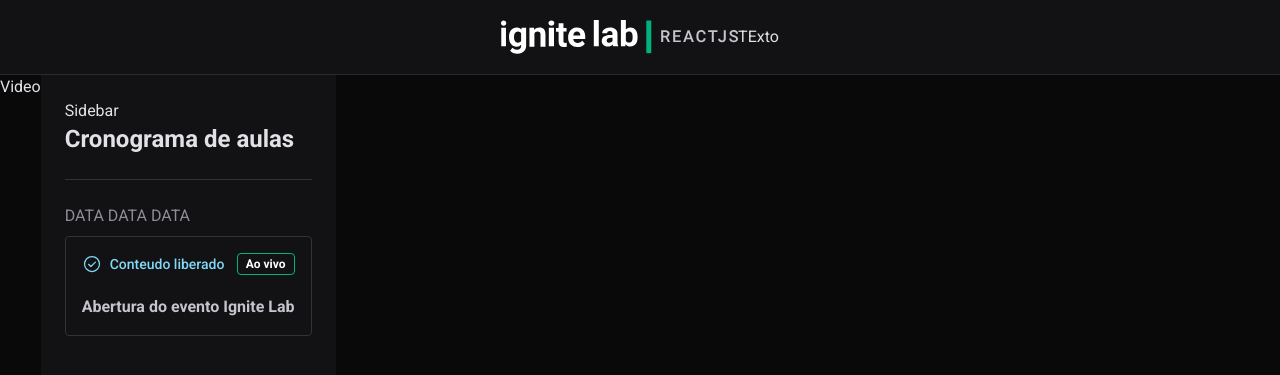
Repository: weltergab/Event_Plataform-IgniteLab
Page: /
An editor plug-in stored every save of this project. The page is shown before and after the next save, followed by the edit.
The browser window is 1280 px wide. The pictures show the whole page.
The page's requests for data from a server got no answer. The project was rebuilt for these pictures with package versions that can differ from the ones it lists, and the page was loaded fresh each time. No one was signed in, and anything a server would have sent is missing. Also part of the build but not shown: vite.config.ts.

Above is the page before, as saved 2022-06-24 17:07:09.

After the next save:
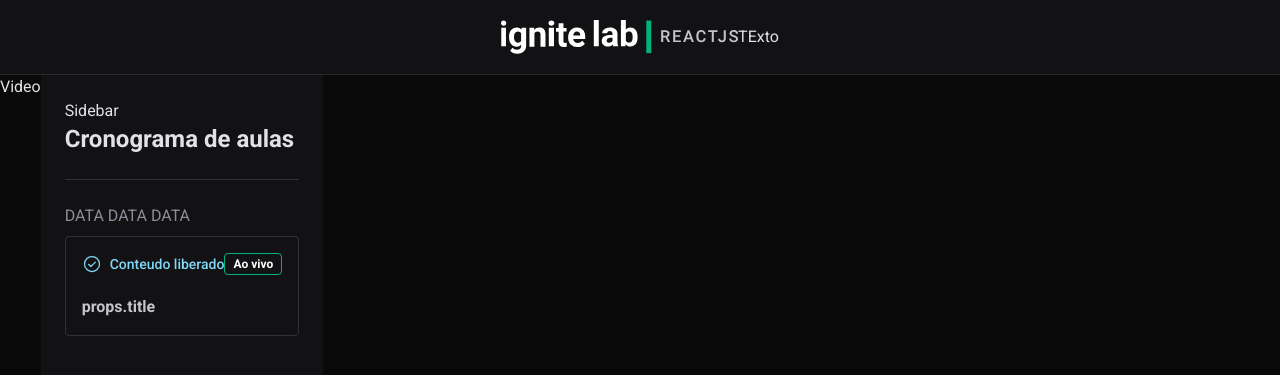
Saved 52 s later.
--- a/src/components/Lesson.tsx
+++ b/src/components/Lesson.tsx
@@ -25,7 +25,7 @@
                     </span>
                 </header>
                 <strong className="text-gray-200 mt-5 block">
-                    Abertura do evento Ignite Lab
+                    props.title
                 </strong>
             </div>
         </a>
